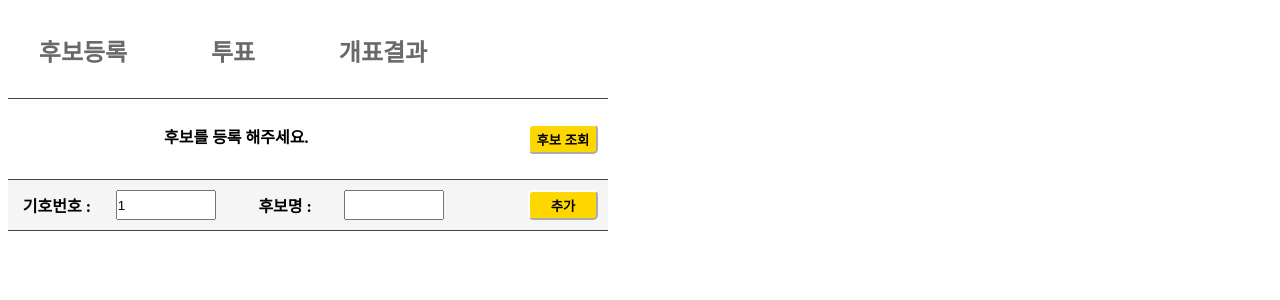
Repository: noheul1030/KOPO-HTML
Page: http://localhost/Tupyo/Tupyo/A_01_H.jsp
These files come from the project's save history. The page is drawn as it stood at one moment and after the next save; the edit follows.
The browser window is 1280 px wide. The pictures show the whole page.
The page is served by Tomcat 9. Queries for data that is not in the repository find no rows.

Above is the page before, as saved 2023-06-04 07:31:59.

### Tupyo/src/main/webapp/Tupyo/A_01_H.jsp
<meta http-equiv="Content-Type" content="text/html; charset=utf-8" />

<%@ page language="java" contentType="text/html; charset=UTF-8" %>

<%@ page import="java.util.*" %> <!--java import-->
<%@ page import="java.io.*"%> <!--java import-->
<%@ page import="java.sql.*"%> <!--java import-->

<html>
    <head>
    	<style>
    		table {
    			text-align: center;
   				border: 0;
   				solid black;
   				width: 600px;
   				border-collapse: collapse;
   				cellspacing="1"}
    		th, td {
		    border-bottom: 1px solid #444444;
		    padding: 10px;
			}
			th:first-child, td:first-child {
			  border-left: none;
			}
    		a {text-decoration-line: none;  color: #696969;}
			h2:hover {
			 box-shadow: 0 0 40px 40px #ffd700 inset;
			}
    		h2,h4 {margin-top: 15px; text-align: center;}
    		.fourth {
			  background: gold;
			  border-color: white;
			  color: black;
			  background-image: linear-gradient(45deg, yellow 50%, transparent 50%);
			  background-position: 100%;
			  background-size: 400%;
			  transition: background 300ms ease-in-out;
			  border-radius: 5px;
			}

			.fourth:hover {
			  background-position: 0;
			}
    	</style>
    </head>
    <body>
<%
   		// DB연동
        Class.forName("com.mysql.jdbc.Driver");
		//Connection conn = DriverManager.getConnection("jdbc:mysql://192.168.23.60:3307/kopo11","root","shdmf1030@");
		Connection conn = DriverManager.getConnection("jdbc:mysql://localhost:3306/noheul","root","shdmf1030@");
        Statement stmt = conn.createStatement();

        stmt.execute("create table IF not exists HuboDB("
        + "name varchar(20)," // 타입 char
        + "id int not null primary key) default charset = utf8;"); // 타입 int utf8로 작성 디폴트

		Statement stmt2 = conn.createStatement();

		stmt2.execute("create table IF not exists TupyoDB("
		        + "hubo varchar(20) not null," // 타입 char
		        + "age varchar(20)) default charset = utf8;"); // 타입 int utf8로 작성 디폴트

        // ID칼럼의 전체 count 조회
		ResultSet total = stmt.executeQuery("select count(*) from HuboDB where id;");
		int totalcnt = 0;
		while(total.next()){
			totalcnt = total.getInt(1);
		}

		// ID 최소값은 1
		int minID = 1;

		// ID칼럼의 count가 0일때(아직 아무 값도 안들어왔다는 뜻)
		if(totalcnt == 0){
			ResultSet idcount = stmt.executeQuery("select min(id) as minNum from HuboDB where (id+1) not in (select id from HuboDB);");

			while(idcount.next()){
				minID = idcount.getInt(1)+1;
			}
		}else{	// ID칼럼의 count가 0이 아닐때(값이 들어있다는 뜻)
			// ID칼럼의 전체 값 조회
			ResultSet idcount2 = stmt.executeQuery("select id from HuboDB");

			while (idcount2.next()) {
			    int currentID = idcount2.getInt("id"); // 현재 가져온 id 값
				// ID최소값과 currentID의 값이 일치하면 순서대로 있는 ID값 이므로 통과
			    if (minID == currentID) {
			    	minID++; // 다음 기대하는 id 값으로 업데이트
			    } else { // 칼럼 순회 중간에 빠진 값을 찾았으므로 break;
			        break;
			    }
			}
		}

%>
	  	<table>
    		<tr>
    			<td width = 25%><a align = center id="update" href="A_01_H.jsp" target="content"><h2>후보등록</h2></a></td>
    			<td width = 25%><a align = center id="vote" href="B_01_H.jsp" target="content"><h2>투표</h2></a></td>
    			<td width = 25%><a align = center id="result" href="C_01_H.jsp" target="content"><h2>개표결과</h2></a></td>
    			<td width = 25%></td>
    		</tr>
		</table>
		<form method = 'post'>
		<table>
			<tr><td colspan="4"><h4>후보를 등록 해주세요.</h4></td>
				<td align = right width = 22%>
				<input class="fourth" type="submit" value="후보 조회" style="width: 70px; height: 30px; padding: 0px;font-weight: bold;" formaction = 'A_03_H.jsp'></td>
			</tr>
			</form>
			<form method = 'post'>
			<tr>
				<td bgcolor=#f5f5f5 width=15% ><strong>기호번호 :</strong></td>

				<td bgcolor=#f5f5f5 align=left width=20% ><input type='text' name='HuboID' value='<%=minID%>'readonly style="width: 100px; height: 30px; padding: 0px;"></td>

				<td bgcolor=#f5f5f5 width=15% ><strong>후보명 :</strong></td>

				<td bgcolor=#f5f5f5 align=left width=20% ><input type='text' pattern="^[가-힣]+$" name="name" value='' title="한글만 입력하세요." required style="width: 100px; height: 30px; padding: 0px;"></td>

				<td bgcolor=#f5f5f5 align=right width = 20%>
  				<input class="fourth" type="submit" value="추가" align=right style="width: 70px; height: 30px; padding: 0px;font-weight: bold;" formaction = 'A_03_H.jsp'></td>
			</tr>
		</table>
		</form>
    </body>
</html>

After the next save:
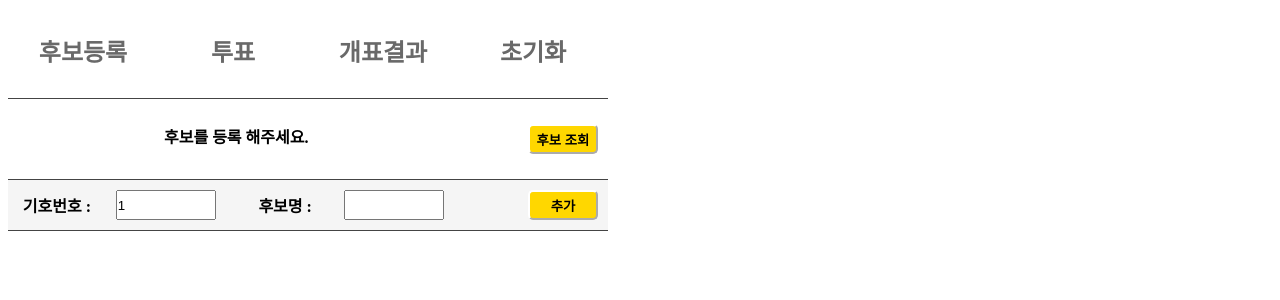
Saved 41 s later.
--- a/Tupyo/src/main/webapp/Tupyo/A_01_H.jsp
+++ b/Tupyo/src/main/webapp/Tupyo/A_01_H.jsp
@@ -100,7 +100,7 @@
     			<td width = 25%><a align = center id="update" href="A_01_H.jsp" target="content"><h2>후보등록</h2></a></td>
     			<td width = 25%><a align = center id="vote" href="B_01_H.jsp" target="content"><h2>투표</h2></a></td>
     			<td width = 25%><a align = center id="result" href="C_01_H.jsp" target="content"><h2>개표결과</h2></a></td>
-    			<td width = 25%></td>
+    			<td width = 25%><a align = center id="result" href="D_01_H.jsp" target="content"><h2>초기화</h2></a></td>
     		</tr>
 		</table>
 		<form method = 'post'>
